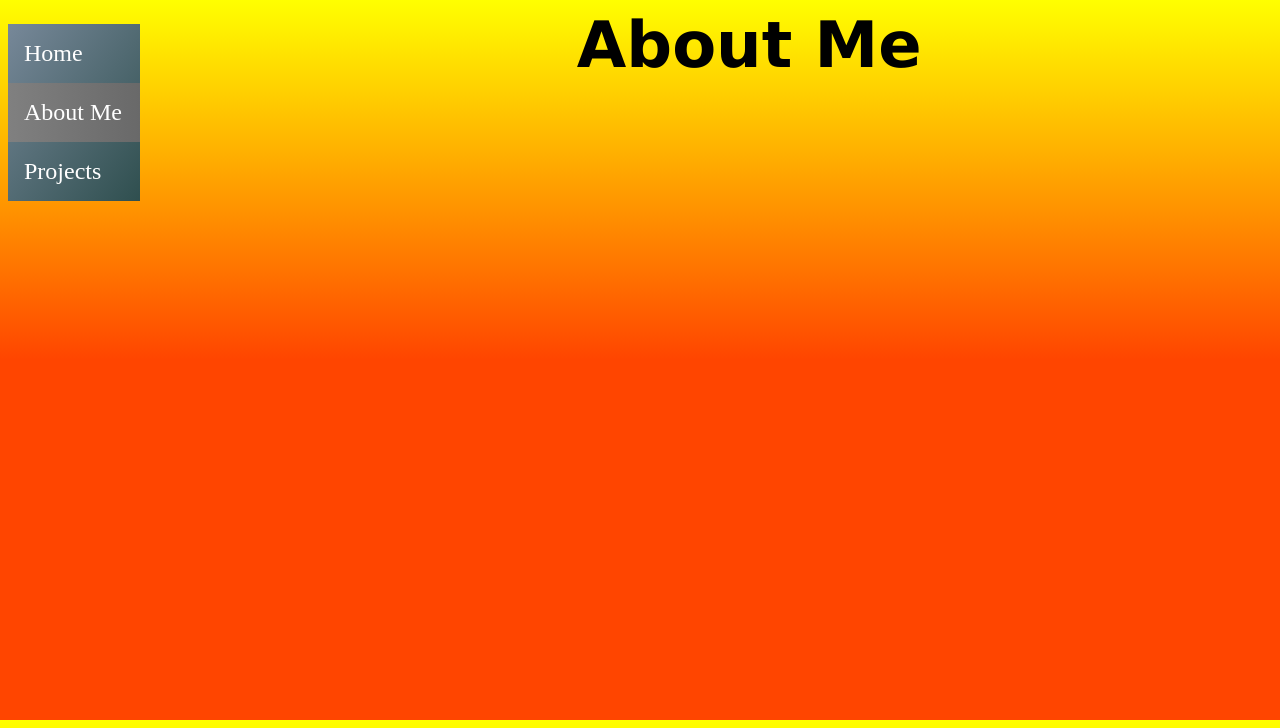
Repository: brody-toth/brody-toth.github.io
Page: about-me.html
The author's editor kept a record of every edit. The page is drawn from the files as they stood at one moment, then again after the next edit.
The browser window is 1280 px wide. The pictures show the whole page.

Above is the page before.

After the next edit:
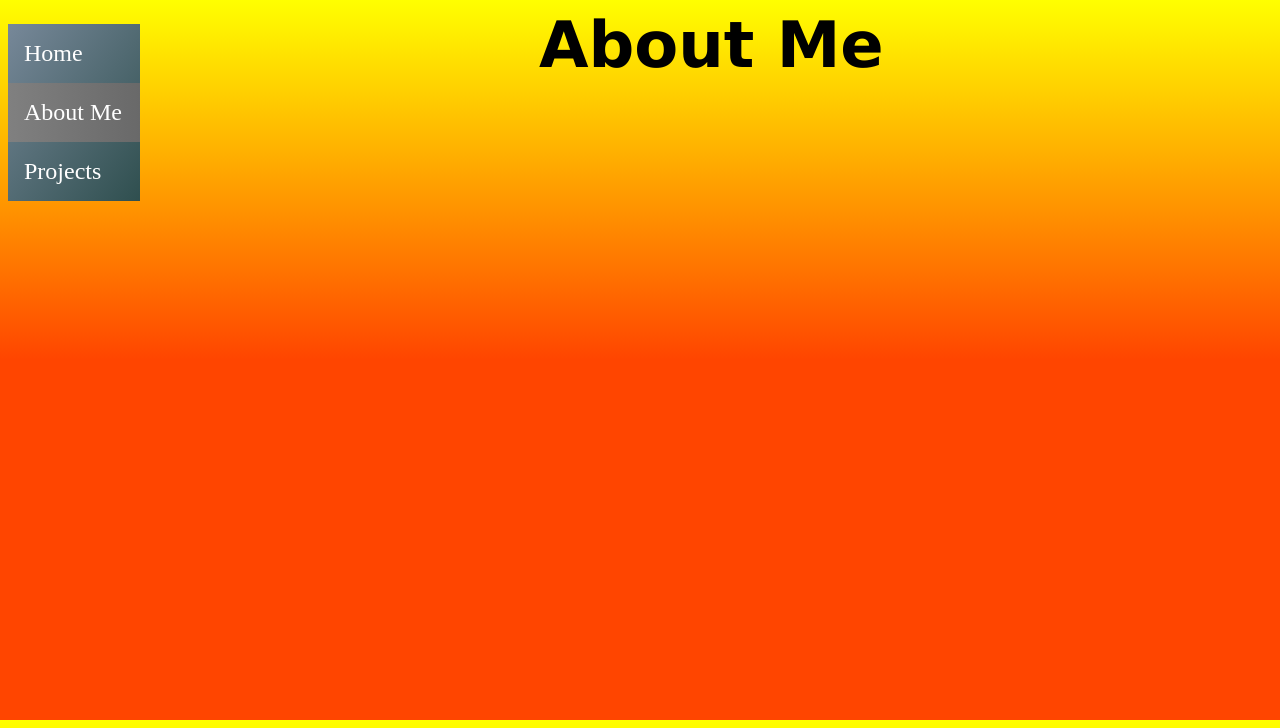
The edit:
--- a/style.css
+++ b/style.css
@@ -51,7 +51,7 @@
 }
 #header1{
     text-align: left;
-    padding-left: 45%;
+    padding-left: 42%;
     font-family: "Lucida Sans Unicode", "Lucida Grande", sans-serif;
     font-size: 64px;
     margin-top: 0;
